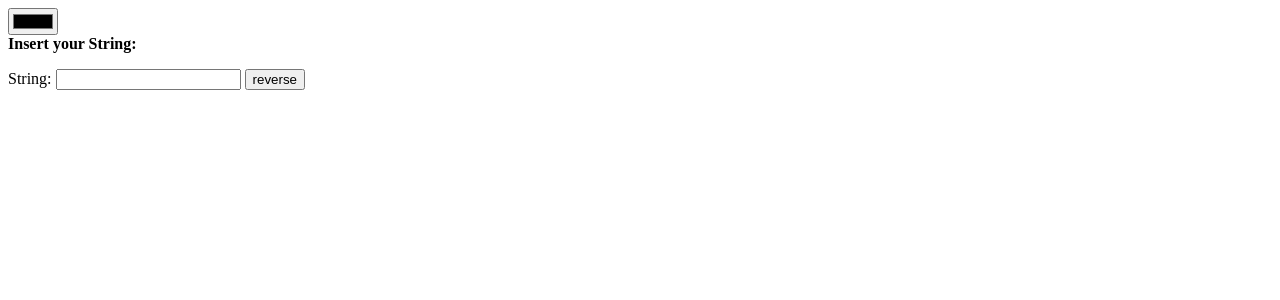
Repository: Micheal11/ReverseStringAssignment
Page: src/MyWidget/widget/template/MyWidget.html
These files come from the project's save history. The page is drawn as it stood at one moment and after the next save; the edit follows.
The browser window is 1280 px wide. The pictures show the whole page.

Above is the page before, as saved 2017-07-14 20:11:17.

### src/MyWidget/widget/template/MyWidget.html
<div class="widgetname">
    <form>
        <div class="input-group" data-dojo-attach-point="inputNodes">
            <div class="input-group-addon"><input type="color" data-dojo-attach-point="colorSelectNode"></div>
        </div>
          <div>
                <b>Insert your String:</b>
                <p>String: <input type="text" data-dojo-attach-point="myPointedString">
                <button type="button" data-dojo-attach-event = "onClick: reversedString">reverse</button>
            </div>
    </form>
    <div class="widgetname-reverseText" data-dojo-attach-point="reverseText" />
</div>

After the next save:
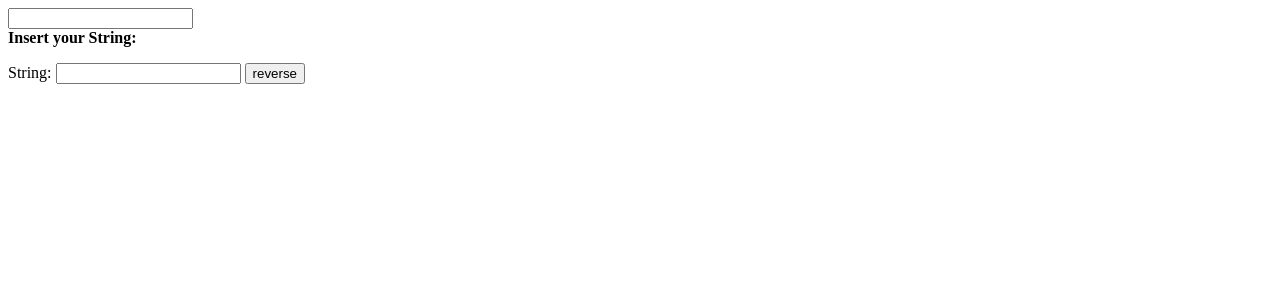
Saved 3 min 3 s later.
--- a/src/MyWidget/widget/template/MyWidget.html
+++ b/src/MyWidget/widget/template/MyWidget.html
@@ -1,7 +1,7 @@
 <div class="widgetname">
     <form>
         <div class="input-group" data-dojo-attach-point="inputNodes">
-            <div class="input-group-addon"><input type="color" data-dojo-attach-point="colorSelectNode"></div>
+            <div class="input-group-addon"><input type="text" data-dojo-attach-point="insertedString"></div>
         </div>
           <div>
                 <b>Insert your String:</b>
